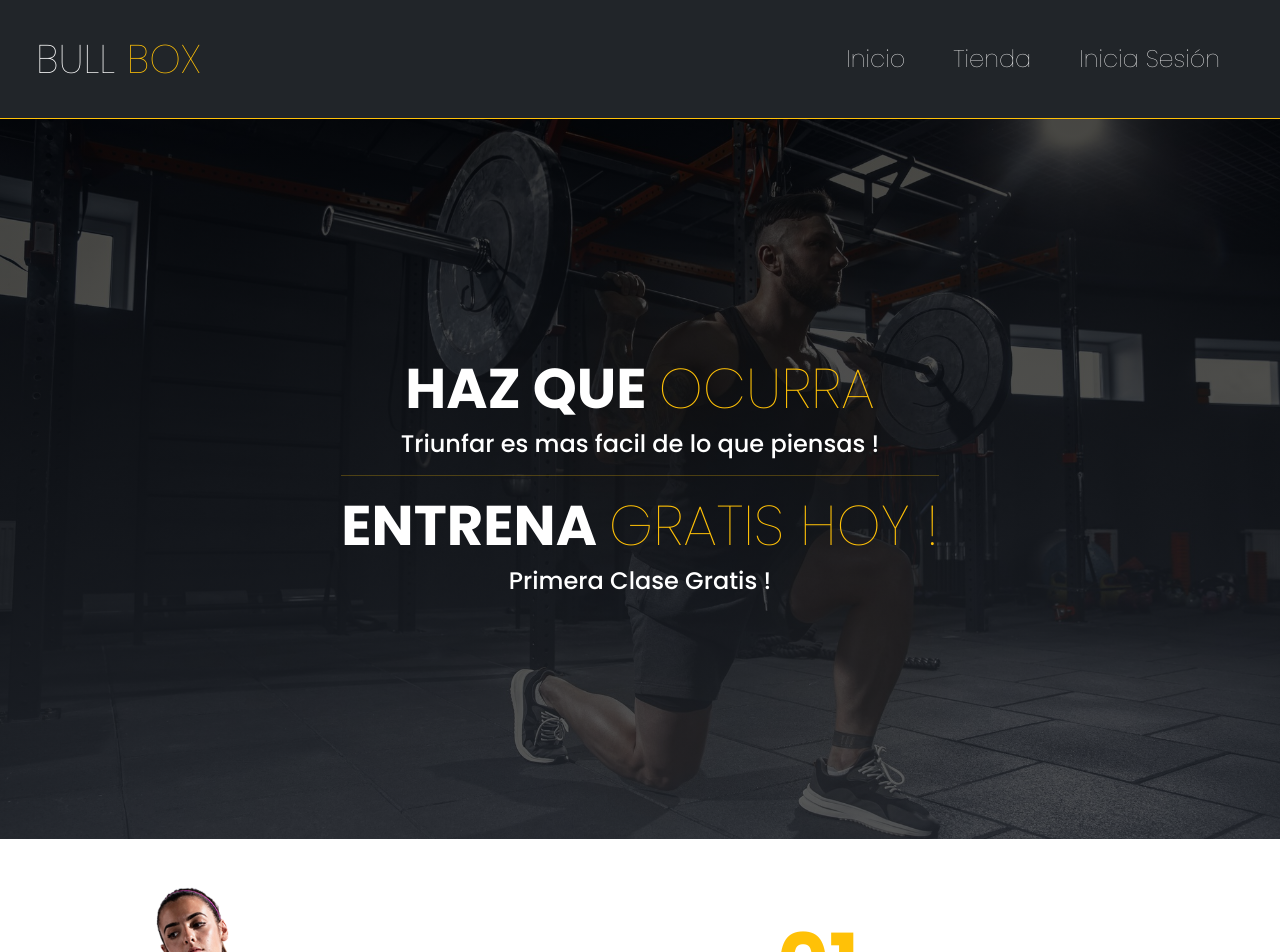
Repository: enjeru13/BullBox
Page: / (app in BullBox/)
The author's editor kept a copy of each file at every save. The page is drawn from the files as they stood at one save, then again after the next save.
The browser window is 1280 px wide. The pictures show the part of the page from y = 0 to 952 px (the page is 4177 px tall before and 4105 px after).
The project was rebuilt for these pictures with package versions that can differ from the ones it lists, and the page was loaded fresh each time. Also part of the build but not shown: BullBox/vite.config.js, BullBox/src/pages/Registro.jsx, BullBox/src/pages/Login.jsx, BullBox/src/pages/Perfil.jsx, BullBox/src/pages/Tienda.jsx, BullBox/ProtectedRoute.jsx.

Above is the page before, as saved 2024-10-28 12:18:00.

### BullBox/index.html
<!doctype html>
<html lang="en">
  <head>
    <meta charset="UTF-8" />
    <link rel="icon" type="image/svg+xml" href="/vite.svg" />
    <link rel="preconnect" href="https://fonts.googleapis.com">
<link rel="preconnect" href="https://fonts.gstatic.com" crossorigin>
<link href="https://fonts.googleapis.com/css2?family=Poppins:ital,wght@0,100;0,200;0,300;0,400;0,500;0,600;0,700;0,800;0,900;1,100;1,200;1,300;1,400;1,500;1,600;1,700;1,800;1,900&family=Raleway:ital,wght@0,100;0,200;0,300;0,400;0,500;0,600;0,700;0,800;0,900;1,100;1,200;1,300;1,400;1,500;1,600;1,700;1,800;1,900&display=swap" rel="stylesheet">
    <meta name="viewport" content="width=device-width, initial-scale=1.0" />
    <title>Bull Box</title>
  </head>
  <body>
    <div id="root"></div>
    <script type="module" src="/src/main.jsx"></script>
    <script
    src="https://cdn.jsdelivr.net/npm/bootstrap@5.0.2/dist/js/bootstrap.bundle.min.js"
    integrity="sha384-MrcW6ZMFYlzcLA8Nl+NtUVF0sA7MsXsP1UyJoMp4YLEuNSfAP+JcXn/tWtIaxVXM"
    crossorigin="anonymous"
  ></script>
</html>

### BullBox/src/App.jsx
import { BrowserRouter, Routes, Route } from 'react-router-dom'
import { AuthProvider } from './context/AuthContext'
import Header from './components/Header'
import Inicio from './pages/Inicio'
import Registro from './pages/Registro'
import Login from './pages/Login'
import Perfil from './pages/Perfil'
import Tienda from './pages/Tienda'
import ProtectedRoute from '../ProtectedRoute'
import Footer from './components/Footer'

function App() {
  return (
    <AuthProvider>
      <BrowserRouter>
        <Header/>
        <Routes>
          <Route path='/' element={<Inicio />} />

          <Route path='/register' element={<Registro />} />

          <Route path='/login' element={<Login />} />

          <Route path='/tienda' element={<Tienda />} />

          <Route element={<ProtectedRoute/>}>
            <Route path='/profile' element={<Perfil />} />
          </Route>

        </Routes>
        <Footer/>
      </BrowserRouter>
    </AuthProvider>
  )
}

export default App

### BullBox/src/index.css
* {
 margin: 0;
 padding: 0;
 font-family: "Poppins", serif;
 font-optical-sizing: auto;
 font-weight: 100;
 font-style: normal;
}

/* Inicio */

.bg-image {
  background: linear-gradient(rgba(0, 0, 0, 0.717), rgba(36, 38, 42, 0.745)), url("/img/fondo.jpg");
  height: 100vh; /* 100vh = 100% de la altura de la viewport */
  width: 100vw; /* 100vw = 100% del ancho de la viewport */
  background-size: cover; /* Hace que la imagen cubra todo el espacio disponible */
  background-position: center; /* Centra la imagen */
  background-repeat: no-repeat; /* Evita que la imagen se repita */
  justify-content: center;
  align-items: center;
  display: flex;
}

/* Nosotros */

.bg {
  background-color: #dde1e9;
}

.justified-text {
  text-align: justify;
}

/* Servicios */

.bg-image-servicios {
  background: linear-gradient(rgba(0, 0, 0, 0.717), rgba(36, 38, 42, 0.745)), url("/img/fondo-servicios.jpg");
  background-size: cover; /* Hace que la imagen cubra todo el espacio disponible */
  background-position: center; /* Centra la imagen */
  background-repeat: no-repeat; /* Evita que la imagen se repita */
}

/* Planes */

.bg-image-planes {
  background: linear-gradient(rgba(0, 0, 0, 0.717), rgba(36, 38, 42, 0.745)), url("/img/fondo-planes1.jpg");
  background-size: cover; /* Hace que la imagen cubra todo el espacio disponible */
  background-position: center; /* Centra la imagen */
  background-repeat: no-repeat; /* Evita que la imagen se repita */
}

.bg-card {
  background: linear-gradient(rgba(0, 0, 0, 0.745), rgb(18, 17, 17));
}

### BullBox/src/context/AuthContext.jsx
import { createContext, useContext, useState, useEffect } from 'react'
import { registerRequest, loginRequest, verifyTokenRequest } from '../api/auth'
import Cookies from 'js-cookie'

const AuthContext = createContext();

// eslint-disable-next-line react-refresh/only-export-components
export const useAuth = () => {
    const context = useContext(AuthContext)
    if (!context) {
        throw new Error('useAuth deberia estar dentro del Provider')
    }
    return context
}

// eslint-disable-next-line react/prop-types
export const AuthProvider = ({ children }) => {

    const [user, setUser] = useState(null)
    const [isAuthenticated, setIsAuthenticated] = useState(false)
    const [errors, setErrors] = useState([])
    const [loading, setLoading] = useState(true)

    const signUp = async (user) => {
        try {
            const res = await registerRequest(user)
            console.log(res.data)
            setUser(res.data)
            setIsAuthenticated(true)
        } catch (error) {
            console.log(error.response)
            setErrors(error.response.data)
        }
    }

    const signIn = async (user) => {
        try {
            const res = await loginRequest(user)
            console.log(res.data)
            setUser(res.data)
            setIsAuthenticated(true)
        } catch (error) {
            if (Array.isArray(error.response.data)) {
                return setErrors(error.response.data)
            }
            setErrors([error.response.data.message])
        }
    }

    const logOut = () => {
        Cookies.remove('token')
        setIsAuthenticated(false)
        setUser(null)
    }

    // timer de las alertas de errores

    useEffect(() => {
        if (errors.length > 0) {
            const timer = setTimeout(() => {
                setErrors([])
            }, 3000);
            return () => clearTimeout(timer)
        }
    }, [errors])

    useEffect(() => {
        async function checkLogin() {
            const cookies = Cookies.get()

            if (!cookies.token) {
                setIsAuthenticated(false)
                setLoading(false)
                return setUser(null)
            }
            try {
                const res = await verifyTokenRequest(cookies.token)
                if (!res.data) {
                    setIsAuthenticated(false)
                    setLoading(false)
                    return
                }

                setIsAuthenticated(true)
                setUser(res.data)
                setLoading(false)

            } catch (error) {
                console.log(error)
                setIsAuthenticated(false)
                setUser(null)
                setLoading(false)
            }
        }
        checkLogin()
    }, [])

    return (
        <AuthContext.Provider value={{
            signUp,
            signIn,
            logOut,
            loading,
            user,
            isAuthenticated,
            errors,
        }}>
            {children}
        </AuthContext.Provider>
    )
}

export default AuthContext

### BullBox/src/components/Header.jsx
import { Link } from "react-router-dom"
import { useAuth } from '../context/AuthContext'

function Header() {

    const { isAuthenticated, logOut, user } = useAuth()

    return (
        <>
            <nav className="navbar navbar-expand-lg bg-dark border-bottom border-warning p-4 sticky-top">
                <div className="container-fluid">
                    <a className="navbar-brand text-white fs-1 " href='#'>BULL <span className="text-warning">BOX</span></a>
                    <button className="navbar-toggler border-2 border-warning" type="button" data-bs-toggle="collapse" data-bs-target="#navbarNav" aria-controls="navbarNav" aria-expanded="false" aria-label="Toggle navigation">
                        <span className="navbar-toggler-icon"></span>
                    </button>
                    <div className="collapse navbar-collapse " id="navbarNav">
                        <ul className="navbar-nav ms-auto justify-content-center align-items-center">
                            <li className="nav-item">
                                <Link className="nav-link text-white fs-4 active mx-3" aria-current="page" to="/">Inicio</Link>
                            </li>
                            <li className="nav-item">
                                <Link className="nav-link text-white fs-4 mx-3" to="/tienda">Tienda</Link>
                            </li>
                            {isAuthenticated ? (
                                <>
                                    <li className="nav-item">
                                        <Link className="nav-link text-white fs-4 mx-3" to='/profile'>Tu perfil {user.username} </Link>
                                    </li>
                                    <li className="nav-item ">
                                        <Link className="nav-link text-white fs-4 mx-3" to='/' onClick={() => {
                                            logOut()
                                        }}>Cerrar Sesión</Link>
                                    </li>
                                </>
                            ) : (
                                <>
                                    <li className="nav-item">
                                        <Link className="nav-link text-white fs-4 mx-3" to="/login">Inicia Sesión</Link>
                                    </li>
                                </>)}
                        </ul>
                    </div >
                </div >
            </nav >
        </>
    )
}

export default Header

### BullBox/src/components/Footer.jsx
import { FontAwesomeIcon } from '@fortawesome/react-fontawesome';
import { faWhatsapp, faFacebook, faInstagram } from '@fortawesome/free-brands-svg-icons';

function Footer() {
    return (
        <div className='d-flex flex-column align-items-center text-center bg-dark border-top border-warning container-fluid p-1'>
            <h5 className='text-white'>2024 - BULL <span className='text-warning'>BOX</span> Todos los Derechos Reservados</h5>
            <div className="d-flex justify-content-center">
                <div className="nav-item">
                    <a className="nav-link text-white fs-2" href="#"><FontAwesomeIcon icon={faWhatsapp} /></a>
                </div>
                <div className="nav-item">
                    <a className="nav-link text-white fs-2 ms-5" href="#"><FontAwesomeIcon icon={faFacebook} /></a>
                </div>
                <div className="nav-item">
                    <a className="nav-link text-white fs-2 ms-5" href="#"><FontAwesomeIcon icon={faInstagram} /></a>
                </div>
            </div>
        </div>
    )
}

export default Footer

### BullBox/src/components/Mapa.jsx
import { MapContainer, TileLayer, Marker, Popup } from 'react-leaflet'
import 'leaflet/dist/leaflet.css'
import './Mapa.css'


const Mapa = () => {
    return (

        <div className='container-fluid'>
            <MapContainer center={{ lat: '7.7819182', lng: '-72.2228125' }} zoom={16}>
                <TileLayer url='https://tile.openstreetmap.org/{z}/{x}/{y}.png'
                    attribution='&copy; <a href="http://www.openstreetmap.org/copyright">OpenStreetMap</a>' />
                <Marker position={{ lat: '7.7819182', lng: '-72.2228125' }}>
                    <Popup>
                        Ubicacion de BULL BOX
                    </Popup>
                </Marker>
            </MapContainer>
        </div>
    )
}

export default Mapa

### BullBox/src/components/Mapa.css
.leaflet-container {
    width: 100%;
    height: 300px;
    background: #000;
}

Loaded but not shown: BullBox/src/main.jsx (common file); BullBox/src/api/auth.js (7 lines, source omitted); BullBox/src/api/axios.js (8 lines, source omitted); BullBox/src/pages/Inicio.jsx (171 lines, source omitted)

After the next save:
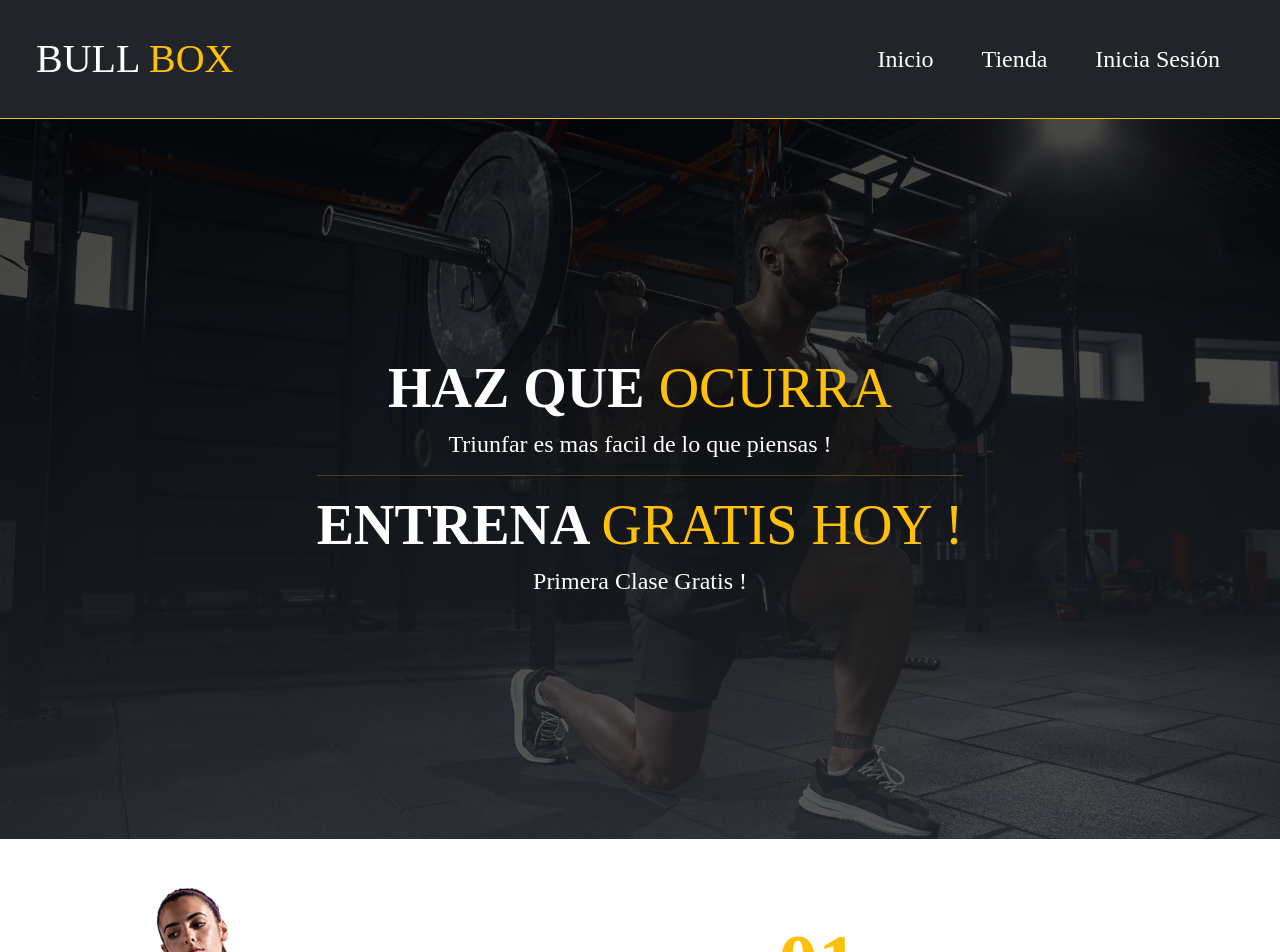
Saved 5 s later.
--- a/BullBox/src/index.css
+++ b/BullBox/src/index.css
@@ -1,7 +1,7 @@
 * {
  margin: 0;
  padding: 0;
- font-family: "Poppins", serif;
+ font-family: "Poppin", serif;
  font-optical-sizing: auto;
  font-weight: 100;
  font-style: normal;

After the save that followed:
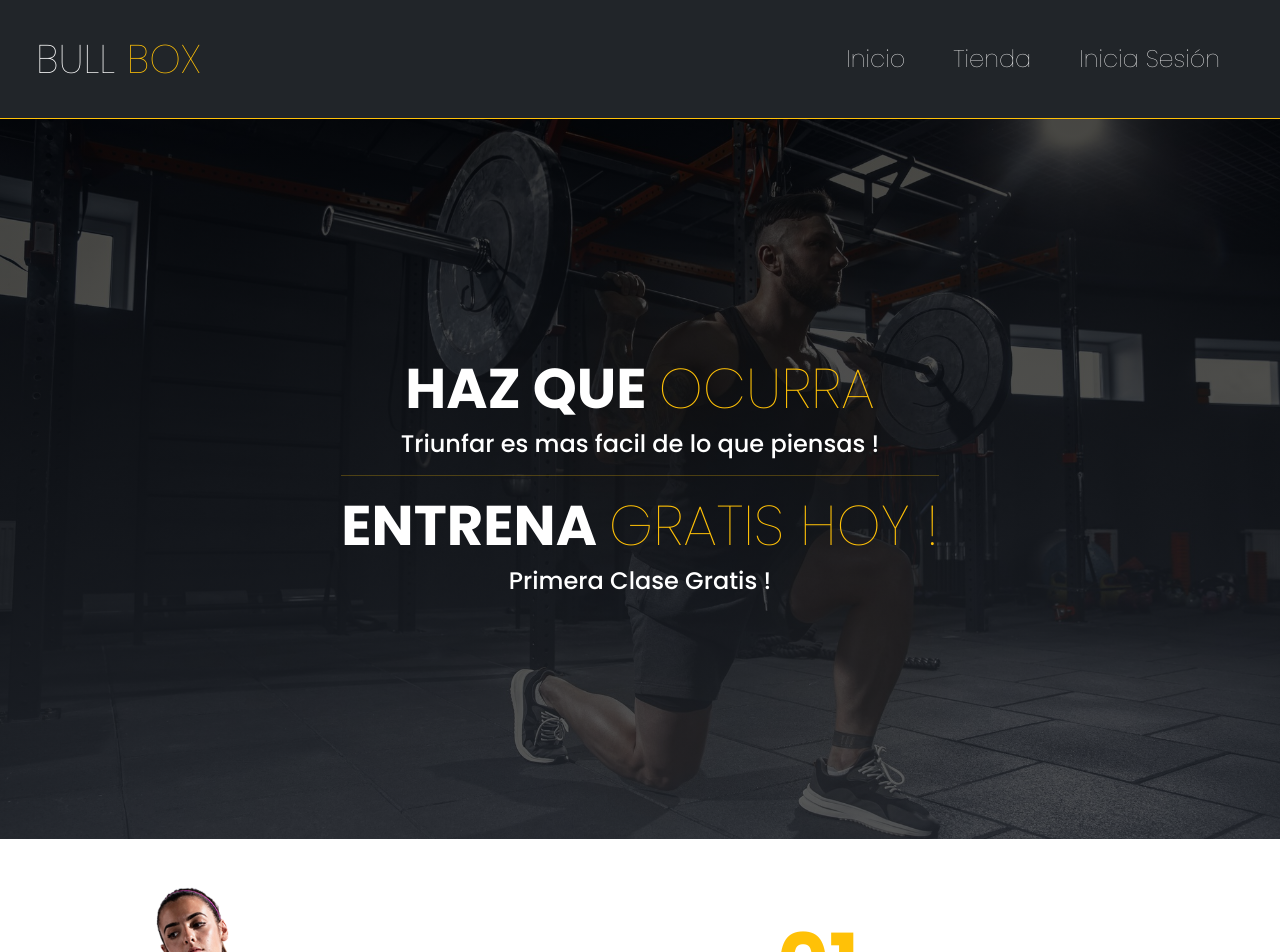
Saved 4 s later.
--- a/BullBox/src/index.css
+++ b/BullBox/src/index.css
@@ -1,7 +1,7 @@
 * {
  margin: 0;
  padding: 0;
- font-family: "Poppin", serif;
+ font-family: "Poppins", serif;
  font-optical-sizing: auto;
  font-weight: 100;
  font-style: normal;
